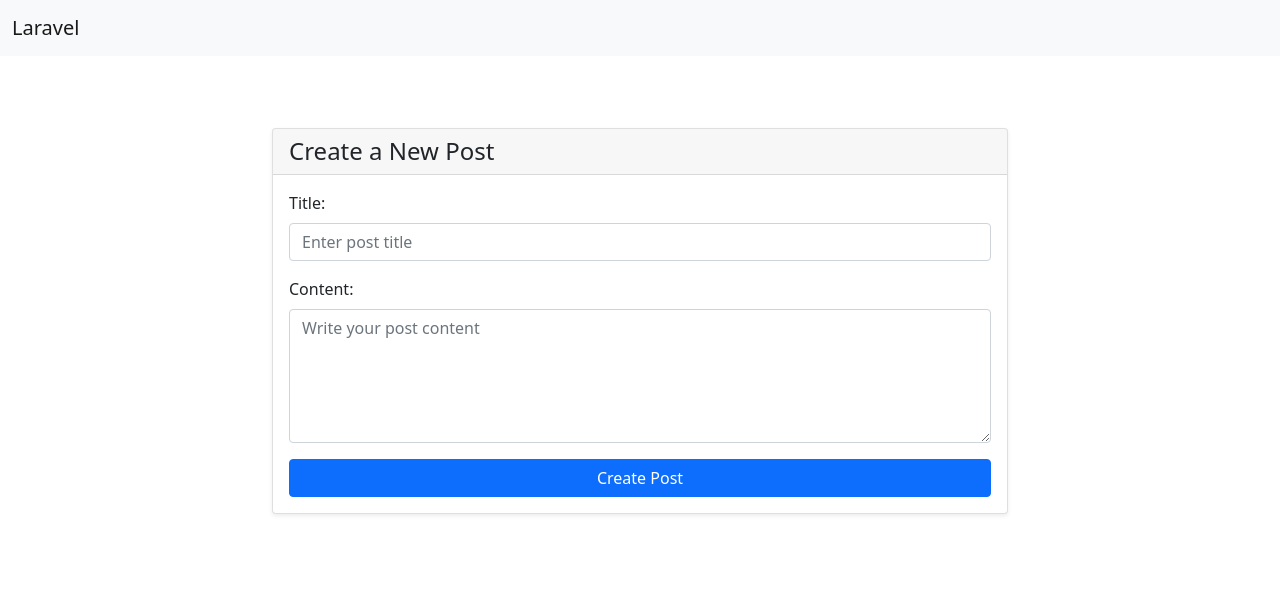
Repository: Abdulahi338/Authentication-using-laravel-11
Page: http://localhost/posts/create
These files come from the project's save history. The page is drawn as it stood at one moment and after the next save; the edit follows.
The browser window is 1280 px wide. The pictures show the whole page.
The page is served by the project's Laravel application, run on PHP 8.4 with Laravel 12. A made-up administrator, Test User (test@example.com), is signed in.

Above is the page before, as saved 2024-10-16 11:00:00.

After the next save:
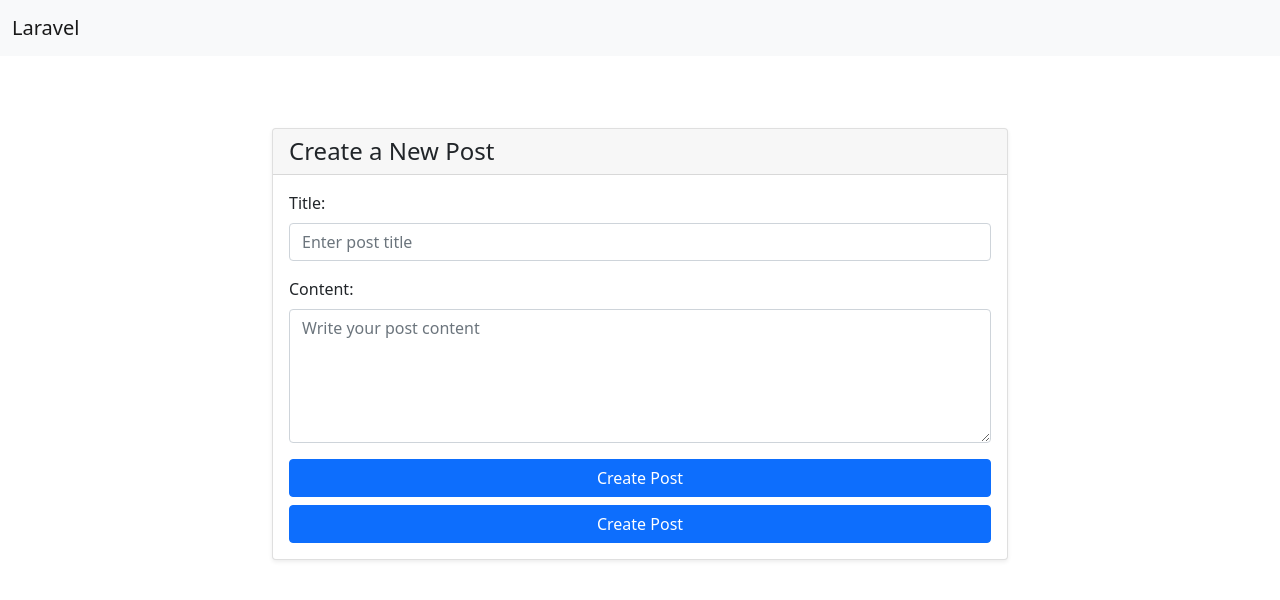
Saved 18 s later.
--- a/resources/views/posts/create.blade.php
+++ b/resources/views/posts/create.blade.php
@@ -36,6 +36,7 @@
 
                         <div class="d-grid gap-2">
                             <button type="submit" class="btn btn-primary btn-block">Create Post</button>
+                            <button type="submit" class="btn btn-primary btn-block">Create Post</button>
                         </div>
                     </form>
                 </div>
